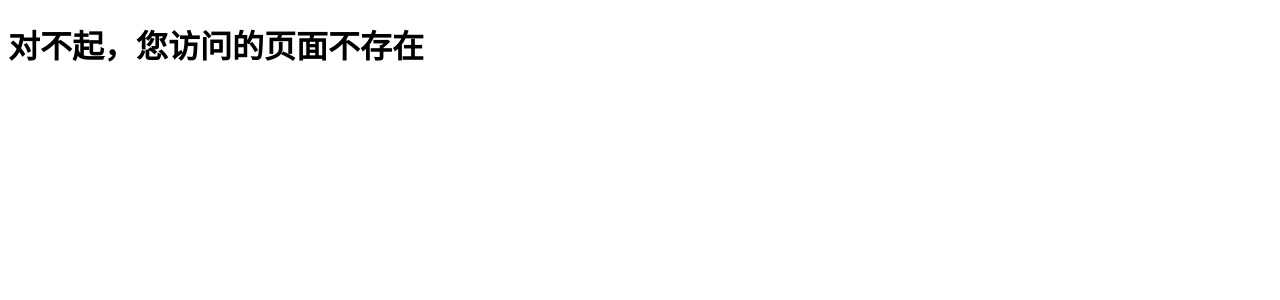
Repository: SUT-GC/myblog
Page: http://localhost/myblog/jsp/error.jsp
An editor plug-in stored every save of this project. The page is shown before and after the next save, followed by the edit.
The browser window is 1280 px wide. The pictures show the whole page.
The page is served by Tomcat 9.

Above is the page before, as saved 2015-09-26 12:37:51.

After the next save:
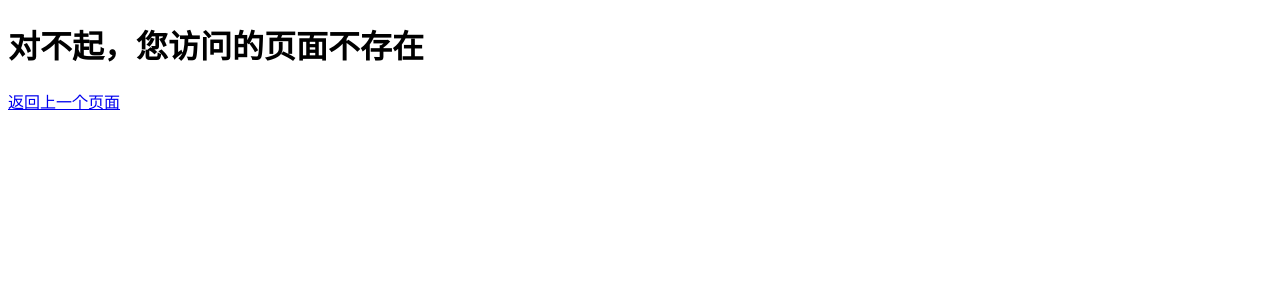
Saved 2 s later.
--- a/javaee_workspace/myblog/WebContent/jsp/error.jsp
+++ b/javaee_workspace/myblog/WebContent/jsp/error.jsp
@@ -8,5 +8,6 @@
 </head>
 <body>
 <h1>对不起，您访问的页面不存在</h1>
+<a href="javascript:history.go(-1)">返回上一个页面</a>
 </body>
 </html>
